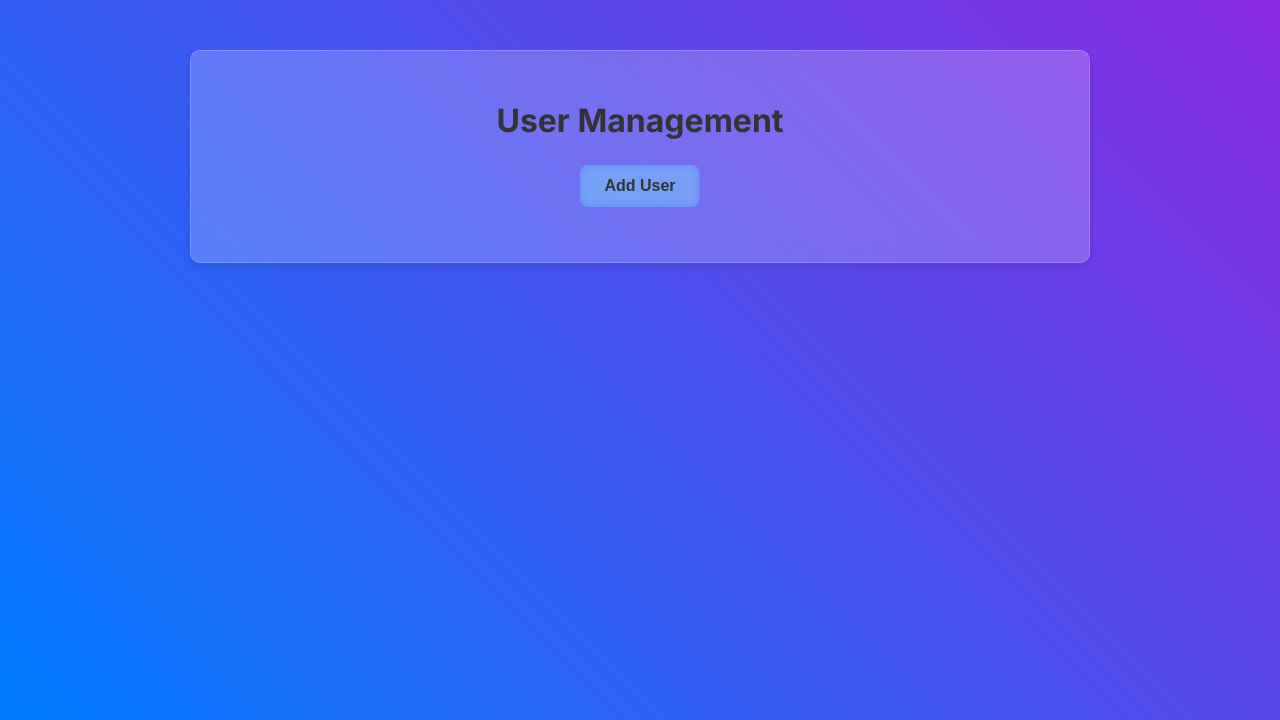
Repository: EeeeeEyyyy/crud-proj
Page: /
The author's editor kept a copy of each file at every save. The page is drawn from the files as they stood at one save, then again after the next save.
The browser window is 1280 px wide. The pictures show the whole page.
The page's requests for data from a server got no answer. The project was rebuilt for these pictures with package versions that can differ from the ones it lists, and the page was loaded fresh each time. The framework's server and built-in components were replaced by stand-ins that run in the browser. No one was signed in, and anything a server would have sent is missing. Also part of the build but not shown: next.config.mjs.

Above is the page before, as saved 2024-06-25 08:40:58.

### src/app/page.js
"use client";

import React, { useEffect, useState } from "react";
import axios from "axios";

const Page = () => {
  const [users, setUsers] = useState([]);
  const [isCreateModalOpen, setCreateModalOpen] = useState(false);
  const [isUpdateModalOpen, setUpdateModalOpen] = useState(false);
  const [isDeleteModalOpen, setDeleteModalOpen] = useState(false);
  const [selectedUser, setSelectedUser] = useState(null);
  const [newUser, setNewUser] = useState({ name: "", email: "" });

  useEffect(() => {
    fetchUsers();
  }, []);

  const fetchUsers = async () => {
    try {
      const response = await axios.get(
        "https://jsonplaceholder.typicode.com/users"
      );
      setUsers(response.data);
    } catch (error) {
      console.error("Error fetching users:", error);
    }
  };

  const addUser = async () => {
    try {
      const response = await axios.post(
        "https://jsonplaceholder.typicode.com/users",
        newUser
      );
      setUsers([...users, response.data]);
      setCreateModalOpen(false);
    } catch (error) {
      console.error("Error adding user:", error);
    }
  };

  const updateUser = async (id) => {
    try {
      const response = await axios.put(
        `https://jsonplaceholder.typicode.com/users/${id}`,
        selectedUser
      );
      setUsers(users.map((user) => (user.id === id ? response.data : user)));
      setUpdateModalOpen(false);
    } catch (error) {
      console.error("Error updating user:", error);
    }
  };

  const deleteUser = async (id) => {
    try {
      await axios.delete(`https://jsonplaceholder.typicode.com/users/${id}`);
      setUsers(users.filter((user) => user.id !== id));
      setDeleteModalOpen(false);
    } catch (error) {
      console.error("Error deleting user:", error);
    }
  };

  const openCreateModal = () => {
    setNewUser({ name: "", email: "" });
    setCreateModalOpen(true);
  };

  const closeCreateModal = () => {
    setCreateModalOpen(false);
  };

  const openUpdateModal = (user) => {
    setSelectedUser(user);
    setUpdateModalOpen(true);
  };

  const closeUpdateModal = () => {
    setSelectedUser(null);
    setUpdateModalOpen(false);
  };

  const openDeleteModal = (user) => {
    setSelectedUser(user);
    setDeleteModalOpen(true);
  };

  const closeDeleteModal = () => {
    setSelectedUser(null);
    setDeleteModalOpen(false);
  };

  const handleGoToHome = () => {
    router.push("/");
  };

  return (
    <div className="container">
      <h1>User Management</h1>
      <div className="Add-me">
        <button
          onClick={openCreateModal}
          className="glassButton-add"
          id="add-n"
        >
          Add User
        </button>
      </div>
      <ul>
        {users.map((user) => (
          <li key={user.id}>
            {user.name} - {user.email}
            <div className="buttones">
              {" "}
              <button
                onClick={() => openUpdateModal(user)}
                className="glassButton"
                id="update-n"
              >
                Update
              </button>
              <button
                onClick={() => openDeleteModal(user)}
                className="glassButton"
                id="delete-n"
              >
                Delete
              </button>
            </div>
          </li>
        ))}
      </ul>
      {isCreateModalOpen && (
        <div className="modalOverlay">
          <div className="modal">
            <h2>Add User</h2>
            <input
              type="text"
              placeholder="Name"
              value={newUser.name}
              onChange={(e) => setNewUser({ ...newUser, name: e.target.value })}
            />
            <input
              type="email"
              placeholder="Email"
              value={newUser.email}
              onChange={(e) =>
                setNewUser({ ...newUser, email: e.target.value })
              }
            />
            <button onClick={addUser} className="glassButton">
              Add
            </button>
            <button onClick={closeCreateModal} className="closeButton">
              Close
            </button>
          </div>
        </div>
      )}
      {isUpdateModalOpen && selectedUser && (
        <div className="modalOverlay">
          <div className="modal">
            <h2>Update User</h2>
            <input
              type="text"
              placeholder="Name"
              value={selectedUser.name}
              onChange={(e) =>
                setSelectedUser({ ...selectedUser, name: e.target.value })
              }
            />
            <input
              type="email"
              placeholder="Email"
              value={selectedUser.email}
              onChange={(e) =>
                setSelectedUser({ ...selectedUser, email: e.target.value })
              }
            />
            <button
              onClick={() => updateUser(selectedUser.id)}
              className="glassButton"
            >
              Update
            </button>
            <button onClick={closeUpdateModal} className="closeButton">
              Close
            </button>
          </div>
        </div>
      )}
      {isDeleteModalOpen && selectedUser && (
        <div className="modalOverlay">
          <div className="modal">
            <h2>Are you sure you want to delete {selectedUser.name}?</h2>
            <button
              onClick={() => deleteUser(selectedUser.id)}
              className="glassButton"
            >
              Yes
            </button>
            <button onClick={closeDeleteModal} className="closeButton">
              No
            </button>
          </div>
        </div>
      )}
    </div>
  );
};
export default Page;

### src/app/globals.css
* {
  box-sizing: border-box;
  padding: 0;
  margin: 0;
}
html,
body {
  max-width: 100vw;
  overflow-x: hidden;
  background: linear-gradient(
    45deg,
    rgb(0, 123, 255),
    rgb(138, 43, 226)
  ); /* Blue to Violet */
  height: 100%;
  margin: 0;
  padding: 0;
  font-family: Arial, sans-serif;
}
a {
  color: inherit;
  text-decoration: none;
}
.main {
  display: flex;
  flex-direction: column;
  justify-content: space-between;
  align-items: center;
  padding: 6rem;
  min-height: 100vh;
}
.description {
  display: inherit;
  justify-content: inherit;
  align-items: inherit;
  font-size: 0.85rem;
  max-width: var(--max-width);
  width: 100%;
  z-index: 2;
  font-family: var(--font-mono);
}
.description a {
  display: flex;
  justify-content: center;
  align-items: center;
  gap: 0.5rem;
}
.description p {
  position: relative;
  margin: 0;
  padding: 1rem;
  background-color: rgba(var(--callout-rgb), 0.5);
  border: 1px solid rgba(var(--callout-border-rgb), 0.3);
  border-radius: var(--border-radius);
}
.code {
  font-weight: 700;
  font-family: var(--font-mono);
}
.grid {
  display: grid;
  grid-template-columns: repeat(4, minmax(25%, auto));
  max-width: 100%;
  width: var(--max-width);
}
.card {
  padding: 1rem 1.2rem;
  border-radius: var(--border-radius);
  background: rgba(var(--card-rgb), 0);
  border: 1px solid rgba(var(--card-border-rgb), 0);
  transition: background 200ms, border 200ms;
}
.card span {
  display: inline-block;
  transition: transform 200ms;
}

.card h2 {
  font-weight: 600;
  margin-bottom: 0.7rem;
}
.card p {
  margin: 0;
  opacity: 0.6;
  font-size: 0.9rem;
  line-height: 1.5;
  max-width: 30ch;
  text-wrap: balance;
}
.center {
  display: flex;
  justify-content: center;
  align-items: center;
  position: relative;
  padding: 4rem 0;
}
.center::before {
  background: var(--secondary-glow);
  border-radius: 50%;
  width: 480px;
  height: 360px;
  margin-left: -400px;
}
.center::after {
  background: var(--primary-glow);
  width: 240px;
  height: 180px;
  z-index: -1;
}
.center::before,
.center::after {
  content: "";
  left: 50%;
  position: absolute;
  filter: blur(45px);
  transform: translateZ(0);
}
.logo {
  position: relative;
}
/* Enable hover only on non-touch devices */
@media (hover: hover) and (pointer: fine) {
  .card:hover {
    background: rgba(var(--card-rgb), 0.1);
    border: 1px solid rgba(var(--card-border-rgb), 0.15);
  }
  .card:hover span {
    transform: translateX(4px);
  }
}
@media (prefers-reduced-motion) {
  .card:hover span {
    transform: none;
  }
}
/* Mobile */
@media (max-width: 700px) {
  .content {
    padding: 4rem;
  }
  .grid {
    grid-template-columns: 1fr;
    margin-bottom: 120px;
    max-width: 320px;
    text-align: center;
  }
  .card {
    padding: 1rem 2.5rem;
  }

  .card h2 {
    margin-bottom: 0.5rem;
  }

  .center {
    padding: 8rem 0 6rem;
  }

  .center::before {
    transform: none;
    height: 300px;
  }

  .description {
    font-size: 0.8rem;
  }

  .description a {
    padding: 1rem;
  }

  .description p,
  .description div {
    display: flex;
    justify-content: center;
    position: fixed;
    width: 100%;
  }

  .description p {
    align-items: center;
    inset: 0 0 auto;
    padding: 2rem 1rem 1.4rem;
    border-radius: 0;
    border: none;
    border-bottom: 1px solid rgba(var(--callout-border-rgb), 0.25);
    background: linear-gradient(
      to bottom,
      rgba(var(--background-start-rgb), 1),
      rgba(var(--callout-rgb), 0.5)
    );
    background-clip: padding-box;
    backdrop-filter: blur(24px);
  }

  .description div {
    align-items: flex-end;
    pointer-events: none;
    inset: auto 0 0;
    padding: 2rem;
    height: 200px;
    background: linear-gradient(
      to bottom,
      transparent 0%,
      rgb(var(--background-end-rgb)) 40%
    );
    z-index: 1;
  }
}

/* Tablet and Smaller Desktop */
@media (min-width: 701px) and (max-width: 1120px) {
  .grid {
    grid-template-columns: repeat(2, 50%);
  }
}

@media (prefers-color-scheme: dark) {
  .vercelLogo {
    filter: invert(1);
  }

  .logo {
    filter: invert(1) drop-shadow(0 0 0.3rem #ffffff70);
  }
}

@keyframes rotate {
  from {
    transform: rotate(360deg);
  }
  to {
    transform: rotate(0deg);
  }
}
.container {
  max-width: 1000px;
  margin: 50px auto;
  padding: 20px;
  background: rgba(0, 123, 255, 0.2);
  border: 1px solid rgba(0, 123, 255, 0.18);
  border-radius: 10px;
  backdrop-filter: blur(10px);
  box-shadow: 0 4px 6px rgba(0, 0, 0, 0.1);
  text-align: center;
}

h1 {
  font-size: 2em;
  margin-bottom: 20px;
  color: #333;
}

/* Glass Button Styles */
.glassButton {
  background: rgba(255, 255, 255, 0.2);
  border: none;
  padding: 12px 24px;
  font-size: 16px;
  color: #7f0c0c;
  cursor: pointer;
  outline: none;
  transition: background-color 0.3s ease, transform 0.3s ease;
  backdrop-filter: blur(5px);
  border-radius: 8px;
  margin: 5px;
  display: flex;
  flex-direction: row;
  align-items: center;
}

.glassButton:hover {
  background: rgba(255, 255, 255, 0.3);
  transform: scale(1.05);
}

/* Modal Styles */
.modalOverlay {
  position: fixed;
  top: 0;
  left: 0;
  right: 0;
  bottom: 0;
  background-color: rgba(0, 0, 0, 0.5);
  display: flex;
  justify-content: center;
  align-items: center;
  z-index: 1000;
}

.modal {
  background: rgba(255, 255, 255, 0.8);
  padding: 20px;
  border-radius: 8px;
  width: 400px;
  max-width: 90%;
  box-shadow: 0 4px 6px rgba(0, 0, 0, 0.1);
  backdrop-filter: blur(10px);
  position: relative;
}

.closeButton {
  background: rgba(255, 255, 255, 0.5);
  padding: 8px;
  border-radius: 50%;
  border: none;
  font-size: 20px;
  cursor: pointer;
  position: absolute;
  top: 10px;
  right: 10px;
  transition: background-color 0.3s ease;
}

.closeButton:hover {
  background: rgba(255, 255, 255, 0.8);
}

/* List Styles */
ul {
  list-style-type: none;
  padding: 0;
}

li {
  display: flex;
  justify-content: space-between;
  align-items: center;
  padding: 10px;
  border-bottom: 1px solid rgba(0, 0, 0, 0.1);
  color: #333;
}

/* Input Styles */
input {
  display: block;
  width: calc(100% - 20px);
  margin: 10px 0;
  padding: 10px;
  border: 1px solid rgba(0, 0, 0, 0.1);
  border-radius: 4px;
  font-size: 16px;
}
.container {
  max-width: 900px;
  margin: 50px auto;
  padding: 50px;
  background: rgba(255, 255, 255, 0.2);
  border: 1px solid rgba(255, 255, 255, 0.18);
  border-radius: 10px;
  backdrop-filter: blur(10px);
  box-shadow: 0 4px 6px rgba(0, 0, 0, 0.1);
  text-align: center;
}
h1 {
  font-size: 2em;
  margin-bottom: 20px;
  color: #333;
}
.glassButton {
  display: flex;
  flex-direction: row;
  align-items: center;
  gap: 30px;
  background: rgba(255, 255, 255, 0.2);
  border: none;
  padding: 12px 24px;
  font-size: 16px;
  color: #333;
  cursor: pointer;
  outline: none;
  transition: background-color 0.3s ease, transform 0.3s ease;
  backdrop-filter: blur(5px);
  border-radius: 8px;
  margin: 5px;
}
.glassButton-add {
  display: flex;
  flex-direction: row;
  align-items: center;
  gap: 30px;
  background: #17f3ff33;
  border: none;
  padding: 12px 24px;
  font-size: 16px;
  color: #333;
  cursor: pointer;
  outline: none;
  transition: background-color 0.3s ease, transform 0.3s ease;
  backdrop-filter: blur(5px);
  border-radius: 8px;
  margin: 5px;
}
.glassButton:hover {
  background: rgba(255, 255, 255, 0.3);
  transform: scale(1.05);
}
.modalOverlay {
  position: fixed;
  top: 0;
  left: 0;
  right: 0;
  bottom: 0;
  background-color: rgba(0, 0, 0, 0.5);
  display: flex;
  justify-content: center;
  align-items: center;
  z-index: 1000;
  size: 50px;

  border-radius: 1%;
}
.modal {
  background: rgba(255, 255, 255, 0.8);
  padding: 20px;
  border-radius: 8px;
  width: 400px;
  max-width: 90%;
  box-shadow: 0 4px 6px rgba(0, 0, 0, 0.1);
  backdrop-filter: blur(10px);
  position: fixed;
}
.closeButton {
  background: rgba(255, 255, 255, 0.5);
  padding: 8px;
  border-radius: 50%;
  border: none;
  font-size: 20px;
  cursor: pointer;
  position: absolute;
  top: 10px;
  right: 10px;
  transition: background-color 0.3s ease;
}
.closeButton:hover {
  background: rgba(255, 255, 255, 0.8);
}
ul {
  list-style-type: none;
  padding: 0;
}
li {
  display: flex;
  justify-content: space-between;
  align-items: center;
  padding: 10px;
  border-bottom: 1px solid rgba(0, 0, 0, 0.1);
  color: #333;
}
input {
  display: block;
  width: calc(100% - 20px);
  margin: 10px 0;
  padding: 10px;
  border: 1px solid rgba(0, 0, 0, 0.1);
  border-radius: 4px;
  font-size: 16px;
}
.Add-me {
  text-align: center;
  display: flex;
  justify-content: center;
}

.buttones {
  display: flex;
  justify-content: space-between;
}
#delete-n {
  background: linear-gradient(45deg, rgb(255, 0, 0), rgba(54, 6, 78, 0.441));
  font-weight: bold;
  color: rgb(7, 0, 107);
}
#update-n {
  background: linear-gradient(45deg, rgb(182, 4, 247), rgb(18, 161, 111));
  font-weight: bold;
  color: beige;
}
#add-n {
  font-weight: bold;
}

Loaded but not shown: src/app/layout.js (common file)

After the next save:
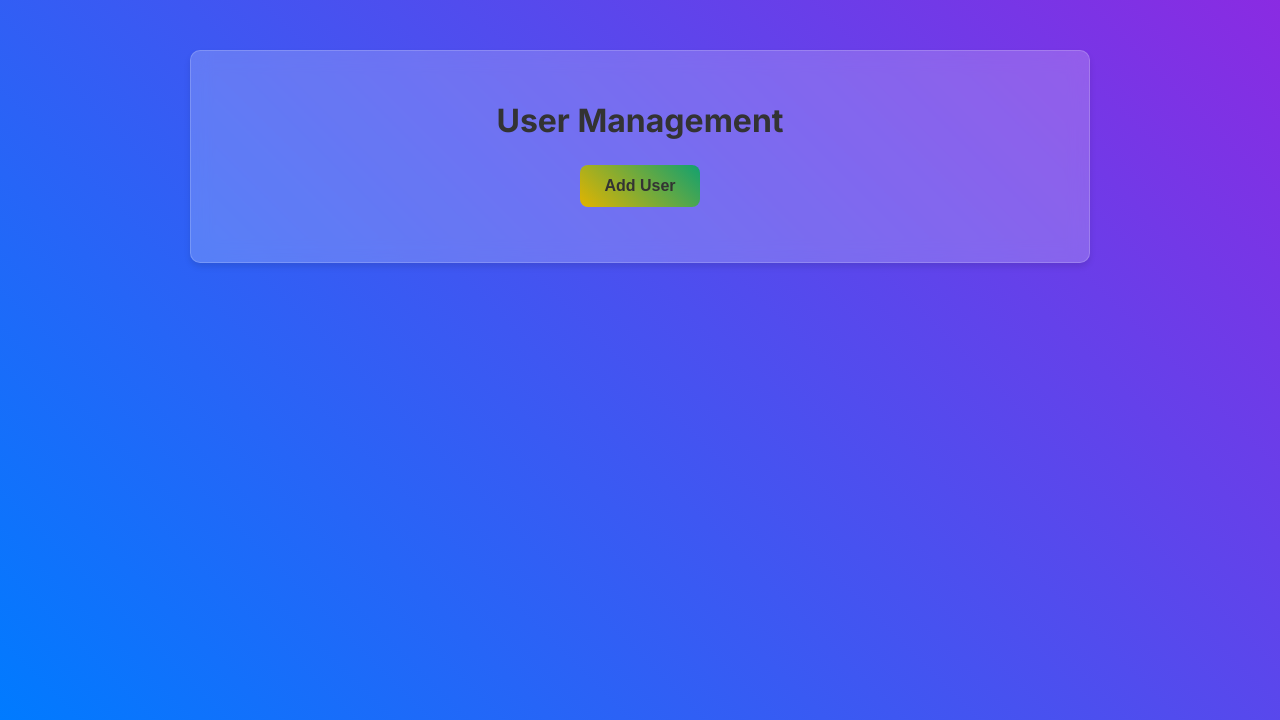
Saved 57 s later.
--- a/src/app/globals.css
+++ b/src/app/globals.css
@@ -478,4 +478,5 @@ input {
 }
 #add-n {
   font-weight: bold;
-}
+  background: linear-gradient(45deg, rgb(225, 180, 0), rgb(18, 161, 111));
+}
